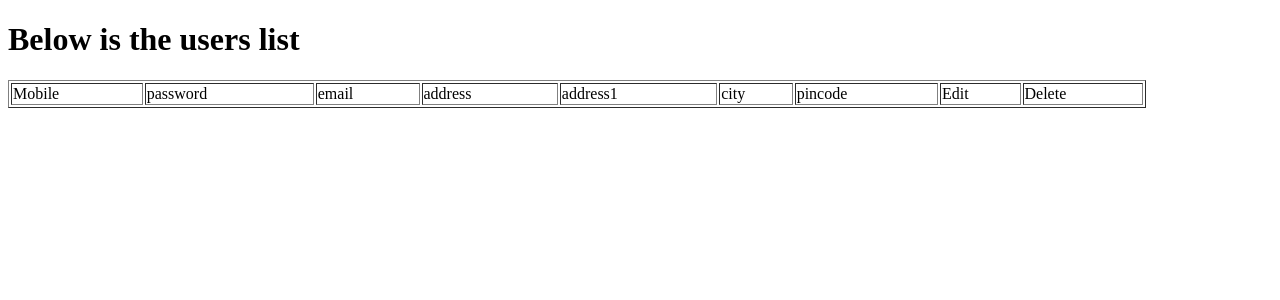
Repository: abhishekgandhi2398/BookStore
Page: http://localhost/BookStore/admin_view_users.jsp
The author's editor kept a copy of each file at every save. The page is drawn from the files as they stood at one save, then again after the next save.
The browser window is 1280 px wide. The pictures show the whole page.
The page is served by Tomcat 9. Queries for data that is not in the repository find no rows.

Above is the page before, as saved 2019-12-03 10:07:36.

After the next save:
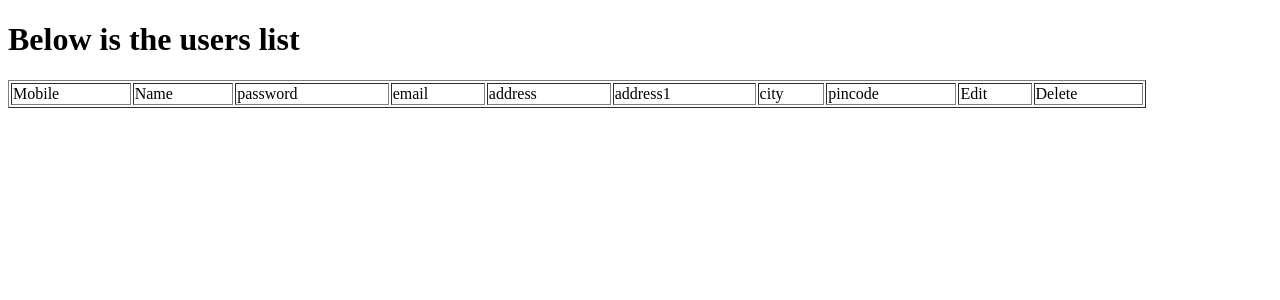
Saved 8 h 2 min later.
--- a/ProjectJava/BookStore/WebContent/admin_view_users.jsp
+++ b/ProjectJava/BookStore/WebContent/admin_view_users.jsp
@@ -29,6 +29,7 @@ request.setAttribute("list",list);
 <tr>
 
 <td>Mobile</td>
+<td>Name</td>
 <td>password</td>
 <td>email</td>
 <td>address</td>
